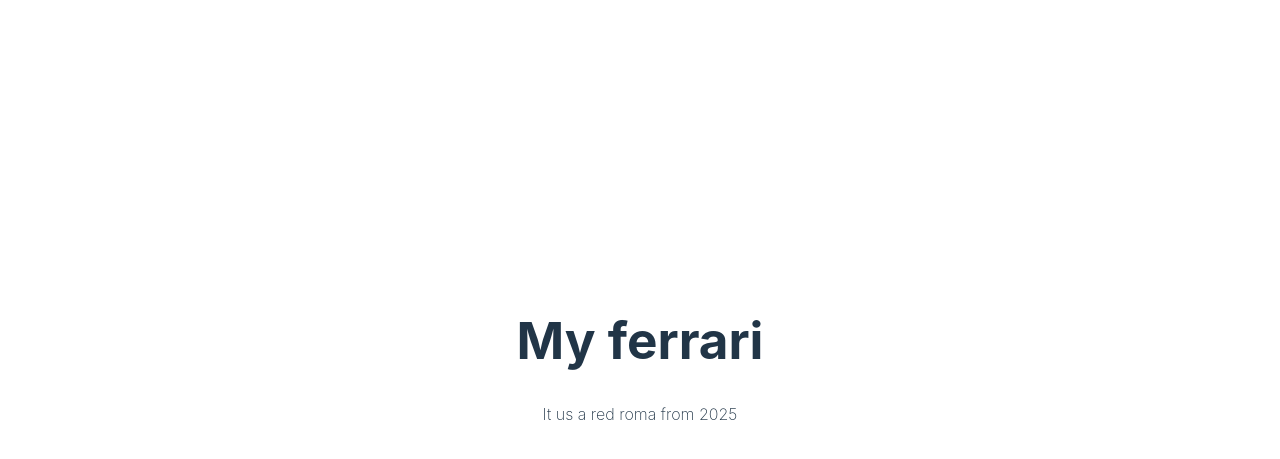
Repository: wakoya-tech/react-project
Page: / (app in Hooks/)
The author's editor kept a copy of each file at every save. The page is drawn from the files as they stood at one save, then again after the next save.
The browser window is 1280 px wide. The pictures show the whole page.
The project was rebuilt for these pictures with package versions that can differ from the ones it lists, and the page was loaded fresh each time. Also part of the build but not shown: Hooks/vite.config.js.

Above is the page before, as saved 2025-10-15 09:59:25.

### Hooks/src/App.jsx
import { useState } from 'react'
import './App.css'

function App() {
const [brand,setBrand]=useState("ferrari");
const [model,setModel]=useState("Roma");
const [year,setYear]=useState(new Date().getFullYear());
const [color,setColor]=useState("Green");
const [car,setCar]=useState({
  brand:"ferrari",
  model:"roma",
  year:"2025",
  color:"red"
})
function colorChange(){
  setColor((prev)=>{
    return{...prev,color:"blue"}
  })
}
/*function handleBrand(e){
setBrand(e.target.value);

}/*
function handleModel(e){
  setModel(e.target.value);
}
function handleYear(e){
  setYear(e.target.value);
}
function handleColor(e){
  setColor(e.target.value);
}*/
return(
  <>
  <h1>My {car.brand}</h1>
  <p>It us a {car.color} {car.model} from {car.year}</p>


  </>
)
}
export default App

### Hooks/src/index.css
:root {
  font-family: Inter, system-ui, Avenir, Helvetica, Arial, sans-serif;
  line-height: 1.5;
  font-weight: 200;

  color-scheme: light dark;
  color: black;
  background-color: white;

  font-synthesis: none;
  text-rendering: optimizeLegibility;
  -webkit-font-smoothing: antialiased;
  -moz-osx-font-smoothing: grayscale;
  -webkit-text-size-adjust: 100%;
}

a {
  font-weight: 500;
  color: #646cff;
  text-decoration: inherit;
}
a:hover {
  color: #535bf2;
}

body {
  margin: 0;
  display: flex;
  place-items: center;
  min-width: 120px;
  min-height: 100vh;
}

h1 {
  font-size: 3.2em;
  line-height: 1.1;
}

button {
  border-radius: 8px;
  border: 1px solid transparent;
  padding: 0.6em 1.2em;
  font-size: 1em;
  font-weight: 500;
  font-family: inherit;
  background-color: #1a1a1a;
  cursor: pointer;
  transition: border-color 0.25s;
}
button:hover {
  border-color: #646cff;
}
button:focus,
button:focus-visible {
  outline: 4px auto -webkit-focus-ring-color;
}

@media (prefers-color-scheme: light) {
  :root {
    color: #213547;
    background-color: #ffffff;
  }
  a:hover {
    color: #747bff;
  }
  button {
    background-color: #f9f9f9;
  }
}

Loaded but not shown: Hooks/index.html (common file); Hooks/src/main.jsx (common file); Hooks/src/App.css (common file)

After the next save:
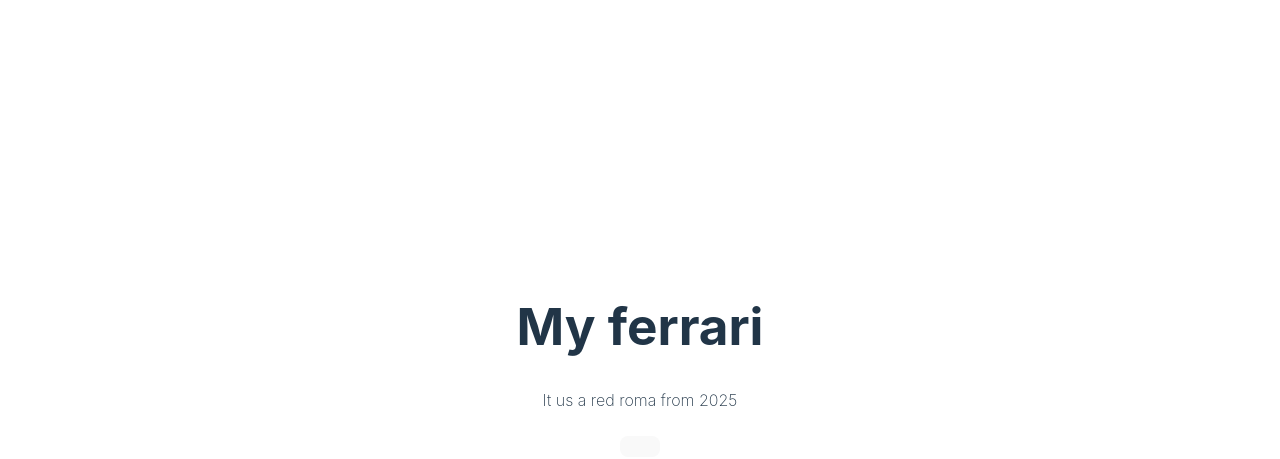
Saved 50 s later.
--- a/Hooks/src/App.jsx
+++ b/Hooks/src/App.jsx
@@ -34,7 +34,7 @@
   <>
   <h1>My {car.brand}</h1>
   <p>It us a {car.color} {car.model} from {car.year}</p>
-
+<button onClick={colorChange} />
 
   </>
 )
